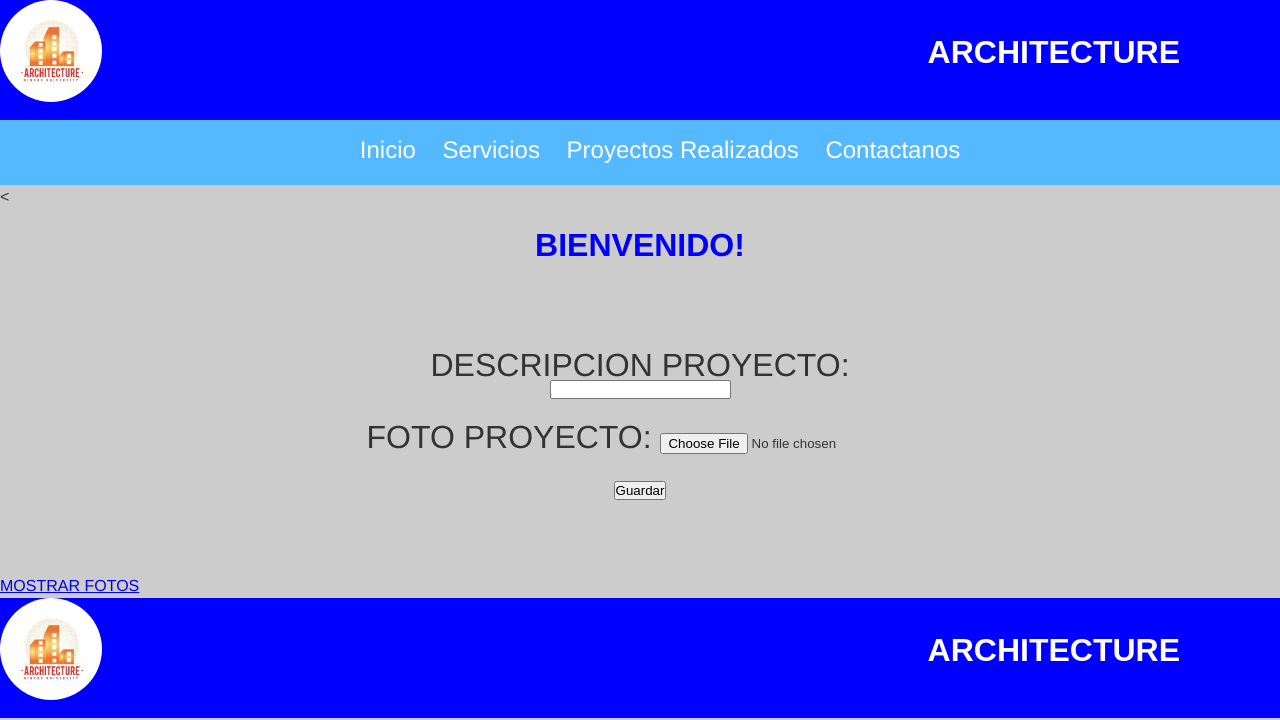
Repository: gabrielestrella18/htdocs
Page: http://localhost/arquitectos/control.php
The author's editor kept a copy of each file at every save. The page is drawn from the files as they stood at one save, then again after the next save.
The browser window is 1280 px wide. The pictures show the whole page.
The page is run by PHP 8.4 with error messages shown; the project is at /var/www/html/.

Above is the page before, as saved 2023-12-11 00:36:25.

### arquitectos/control.php
<!DOCTYPE html>
<html lang="en">
  <head>
    <title></title>
    <meta charset="UTF-8">
    <meta name="viewport" content="width=device-width, initial-scale=1">
    <link href="estilo.css" rel="stylesheet">
  </head>
  <body>

<?php

include  "arriba.php"
?>

<?php
include "menu.php"
?>
<
<br><br>

<h5>BIENVENIDO!</h5>
<br><br><br>
<div class="ancho">
      <Form  id="form1" name="form1" method="post" action="recibir.php" enctype="multipart/form-data">

        <br>
        <P>DESCRIPCION PROYECTO: </P>
<div>
  <input type="text" name="descripcion" id="descripcion" required />
  <br><br>
</div>

<p>FOTO PROYECTO: <input type="file" name="imagen"/> </p>
<br>

<div>
<button type="submit" name="guardarfoto" id="guardarfoto">Guardar</button>

</div>

<br><br>

      </Form>
      </div>
      <br>
<div class="alinear" >
  <a href="mostrar-solo-datos.php" id="mostrar">MOSTRAR FOTOS</a>
</div>


    </div>


<?php
include "abajo.php"
?>


  </body>
</html>

### arquitectos/arriba.php
<div class="azul">
  <img  class="lg"src="imagenes/arch.jpg" alt="">

  <h1>ARCHITECTURE</h1>
</div>

### arquitectos/menu.php
<div class="menu">
<div class="menuOpciones">
            <a href="index.php">Inicio</a>
            <a href="servicios.php">Servicios</a>
            <a href="proyectos.php">Proyectos Realizados</a>
            <a href="contactos.php">Contactanos</a>
            </div>

</div>

### arquitectos/abajo.php

<div class="azul">
  <img  class="lg"src="imagenes/arch.jpg" alt="">

  <h1>ARCHITECTURE</h1>
</div>

### arquitectos/estilo.css
* {
    box-sizing: border-box;
    margin: 0;
    padding: 0;
}

body {
    font-family: helvetica;
    font-size: 16px;
    line-height: 24px;
    color: #333;
    background-color: #cccccc;
    max-width: 1400px;
}

.azul {
    background-color: blue;
    padding-bottom: 120px;
}

.lg {
    float: left;
    width: 8%;
    height: 8%;
    border-radius: 80px;
}

h1 {
    color: white;
    float: right;
    font-family: sans-serif;
    text-align: end;
    padding-top: 40px;
    padding-right: 100px;
}

.menu {
    border: 1px #54b9ff solid;
    background-color: #54b9ff;
    height: 65px;
}

.menuOpciones {
    padding-top: 12px;
    text-align: center;
    margin-top: 5px;
    padding-left: 40px;
    font-size: x-large;
}

.menuOpciones a {
    text-decoration: none;
    color: white;
    padding: 10px;
}

.menuOpciones a:hover {
    color: #373b39;
    background-color: #0afc83;
    padding-top: 16px;
    padding-bottom: 21px;
}

.contenedor_fondo {
    width: 1350px;
    height: 600px;
    margin: auto;
    background-image: url(imagenes/fondoarq.jpg);
    background-repeat: no-repeat;
    background-size: cover;
}

.textofoto {
    color: rgb(7, 2, 2);
    margin: auto;
    text-align: center;
    line-height: 35px;
    padding-top: 200px;
    font-size: x-large;
}

.video {
    text-align: center;
    background-color: #373b39;
    border-radius: 100px;
    width: 700px;
    margin: auto;
    padding-top: 40px;
    padding-bottom: 40px;
}

.botoncito {
    text-align: center;
}

.boton1 {
    color: #ece80f;
    background-color: #ce1111;
    padding-top: 20px;
    padding-bottom: 20px;
    padding-left: 10px;
    padding-right: 10px;
    border-radius: 20px;
    text-decoration: none;
}

h3 {
    text-align: center;
}

.serv {
    background-color: #ece80f;
    padding-top: 20px;
    padding-bottom: 20px;
    padding-left: 10px;
    padding-right: 10px;
    border-radius: 20px;
}

.ser {
    padding-left: 450px;
    padding-right: 450px;
}

p {
    font-weight: 400px;
    font-size: xx-large;
}

.text {
    text-align: center;
}

.caja1 {
    float: left;
    padding-left: 150px;
    padding-top: 60px;
}

.caja2 {
    float: right
}

.plan {
    width: 70%;
    height: 70%;
}

.rojo {
    color: rgb(255, 0, 0);
    font-weight: 800;
}

.text {
    color: black;
    font-size: large;
}

.caja3 {
    float: right;
    padding-right: 200px;
    padding-top: 120px;
}

.caja4 {
    float: left;
}

.co {
    padding-left: 100px;
    width: 600px;
    height: 320px;
}

.caja5 {
    float: left;
    padding-left: 150px;
    padding-top: 60px;
}

.caja6 {
    float: right;
    padding-right: 200px;
}

.re {
    width: 450px;
    height: 300px;
}

.display {
    display: inline-block;
    width: 1350px;
}

.mira {
    text-align: center;
    display: inline-block;
    width: 700px;
}

.ubica {
    display: inline-block;
    width: 600px;
    text-align: center;
    padding-left: 150px;
}

.ubi {
    width: 600px;
    height: 300px;
}

.boton2 {
    color: #ece80f;
    background-color: #ce1111;
    padding-top: 20px;
    padding-bottom: 20px;
    padding-left: 10px;
    padding-right: 10px;
    border-radius: 20px;
    text-decoration: none;
}

.rapi {
    color: rgb(243, 243, 248);
    font-family: 'Franklin Gothic Medium';
    font-size: large;
    background-color: rgb(68, 67, 66);
    border-radius: 20px;
    padding-top: 10px;
    padding-bottom: 10px;
    display: inline-block;
    padding-left: 10px;
    padding-right: 10px;
}

.cuadrado {
    border: 4px #eaeaea solid;
    background-color: #eaeaea;
    padding: 6px 50px;
}

.campos {
    border-radius: 20px;
    border: 1px #999 solid;
    padding: 7px;
    width: 400px;
    /* para que se separen */
    margin-left: 20px;
}

.boton3 {
    padding: 5px 10px;
    margin-left: 35px;
    color: #f0dbdb;
    background-color: #ff5454;
    border-radius: 20px;
    padding-top: 18px;
    padding-bottom: 18px;
    padding-left: 20px;
    padding-right: 20px;
}

.boton3:hover {
    background-color: #38065a;
    color: white;
}

.boton4 {
    padding: 5px 10px;
    background-color: aqua;
    border-radius: 20px;
    padding-top: 18px;
    padding-bottom: 18px;
    padding-left: 20px;
    padding-right: 20px;
}

.boton4:hover {
    background-color: #aaff0b;
    color: white;
}

.centro {
    text-align: center;
}

.contenedor2 {
    width: 1350px;
    height: 700px;
    margin: auto;
    background-image: url(imagenes/muchos.gif);
    background-repeat: no-repeat;
    background-size: cover;
}

h4 {
    color: blue;
    text-align: center;
    font-size: xx-large;
}

.admi {
    text-align: center;
}

.ad {
    color: white;
    background-color: rgb(46, 42, 42);
    border-radius: 20px;
    padding-top: 10px;
    padding-bottom: 10px;
    padding-left: 10px;
    padding-right: 10px;
}

h5 {
    color: blue;
    text-align: center;
    font-size: xx-large;
}

#proy {
    color: white;
    background-color: rgb(5, 5, 48);
    border-radius: 20px;
    padding-top: 10px;
    padding-bottom: 10px;
    padding-left: 10px;
    padding-right: 10px;
    text-decoration: none;
}

.alin {
    display: inline-block;
    width: 600px;
    text-align: center;
}

.lateral {
    display: inline-block;
    width: 1300px;
}

.mueble {
    display: inline-block;
    width: 600px;
}

.mueb {
    width: 70%;
    height: 90%;
}

#form1 {
    text-align: center;
}

After the next save:
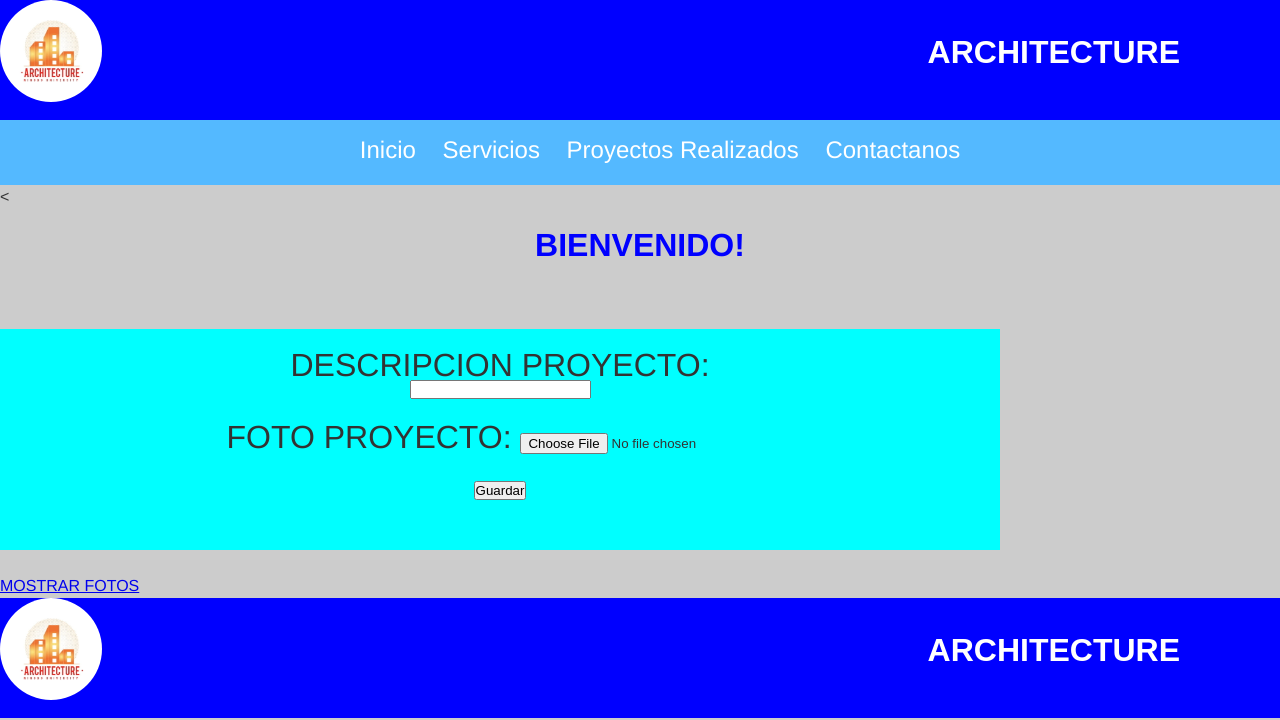
Saved 60 s later.
--- a/arquitectos/estilo.css
+++ b/arquitectos/estilo.css
@@ -353,6 +353,11 @@ h5 {
     height: 90%;
 }
 
+.ancho {
+    width: 1000px;
+    background-color: aqua;
+}
+
 #form1 {
     text-align: center;
 }
